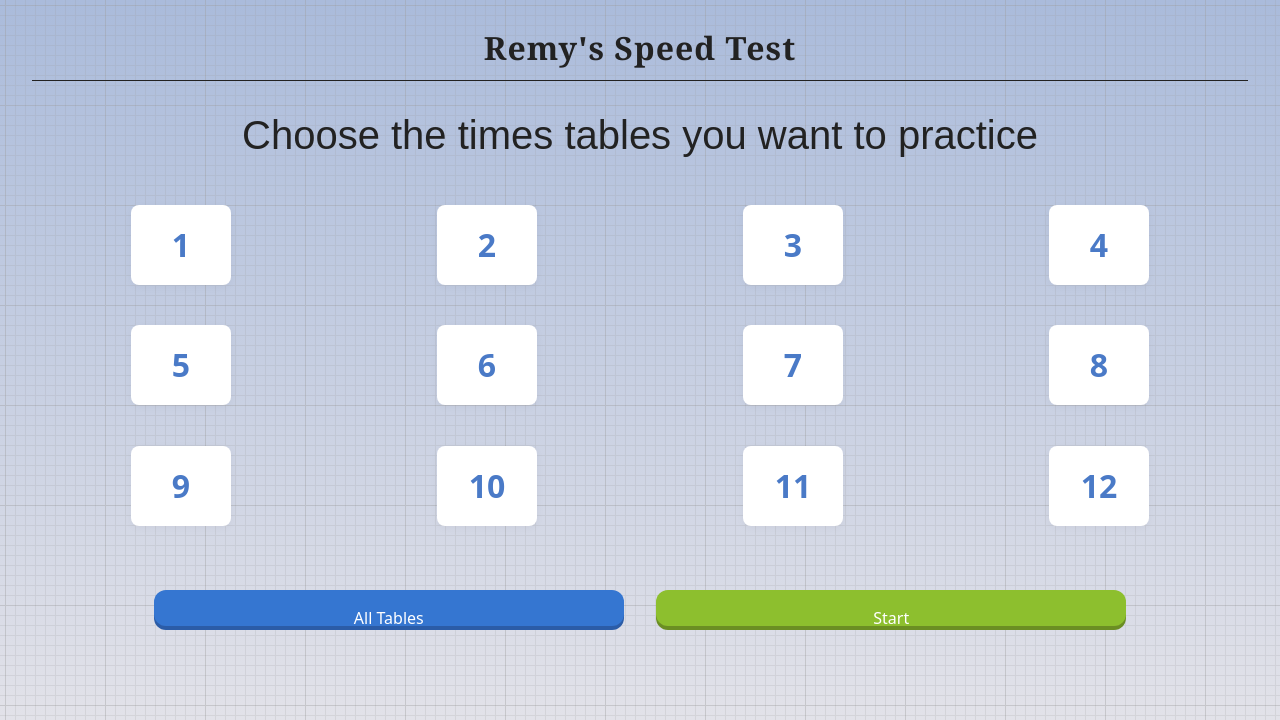
Repository: Chinurum-Omenuko/remys-speed-test
Page: / (app in app/)
The author's editor kept a copy of each file at every save. The page is drawn from the files as they stood at one save, then again after the next save.
The browser window is 1280 px wide. The pictures show the whole page.
The project was rebuilt for these pictures with package versions that can differ from the ones it lists, and the page was loaded fresh each time. The framework's server and built-in components were replaced by stand-ins that run in the browser. Also part of the build but not shown: app/svelte.config.js, app/vite.config.ts.

Above is the page before, as saved 2025-11-17 21:04:05.

After the next save:
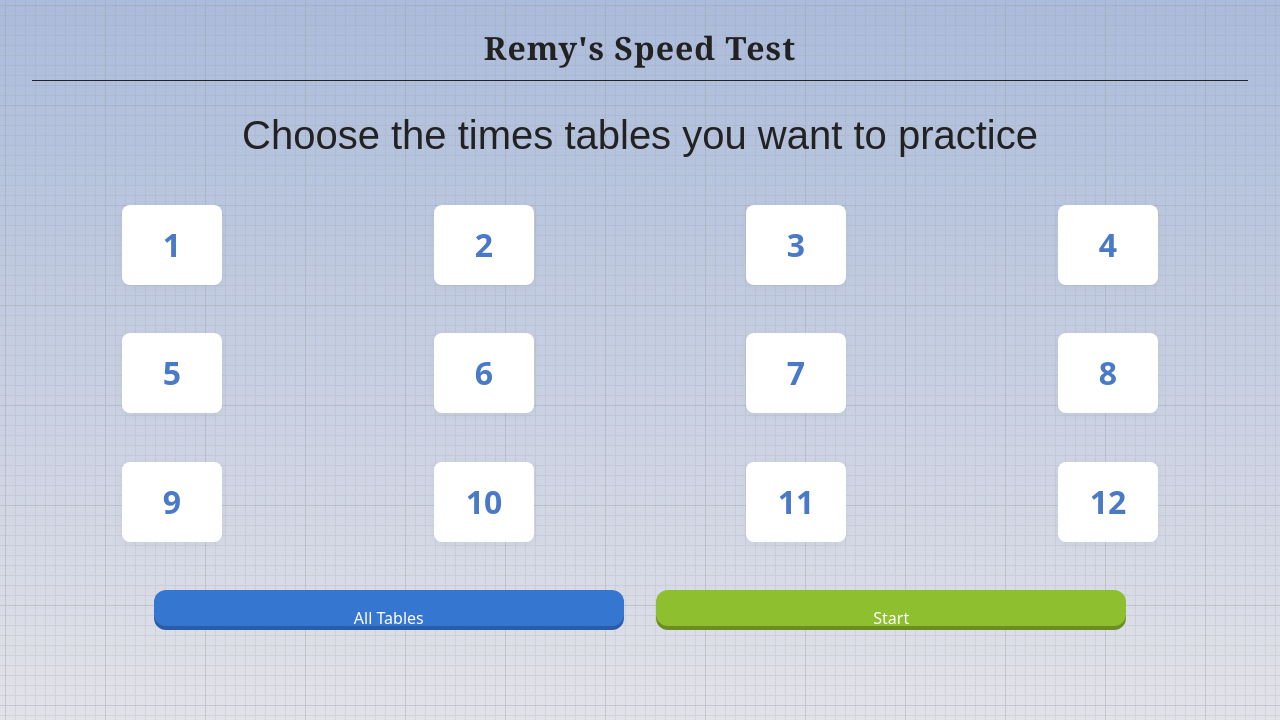
Saved 9 s later.
--- a/app/src/routes/+page.svelte
+++ b/app/src/routes/+page.svelte
@@ -230,7 +230,6 @@
 		.tables-grid {
 			grid-template-columns: repeat(4, 1fr);
 			height: 70%;
-			gap: .5rem;
 		}
 		.content{
 			height: 70vh;
